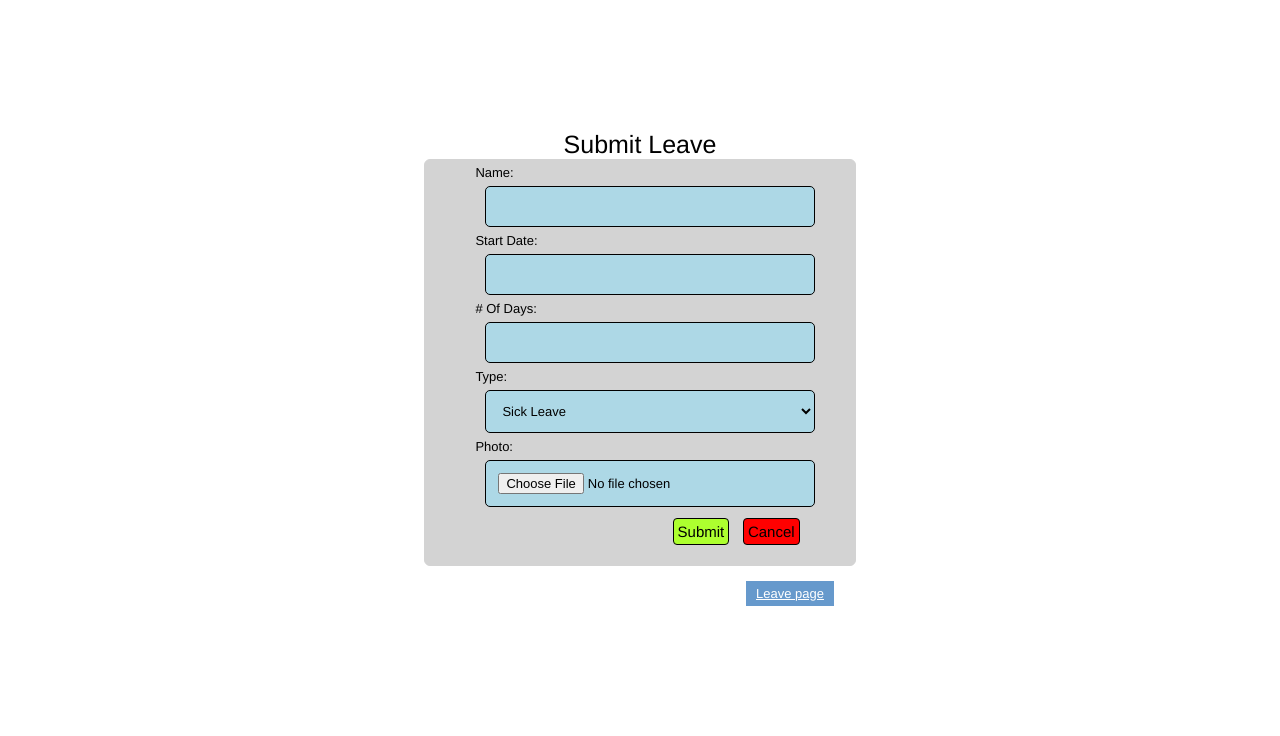
Repository: Murad71/BasicCRUD
Page: index.html
The author's editor kept a copy of each file at every save. The page is drawn from the files as they stood at one save, then again after a run of saves.
The browser window is 1280 px wide. The pictures show the whole page.

Above is the page before, as saved 2023-04-18 21:42:59.

### index.html
<!DOCTYPE html>
<html lang="en">
  <head>
    <meta charset="UTF-8" />
    <meta http-equiv="X-UA-Compatible" content="IE=edge" />
    <meta name="viewport" content="width=device-width, initial-scale=1.0" />
    <link rel="stylesheet" href="index.css" />
    <title>Leave Request</title>
  </head>
  <body>
    <div class="flex1">
      <form id="form1">
        <header>Submit Leave</header>
        <div class="container">
          <label for="name">Name:</label>
          <input type="text" id="name" name="name" />
          <br />
          <label for="startdate">Start Date:</label>
          <input type="text" id="startdate" name="startdate" />
          <br />
          <label for="days"># Of Days:</label>
          <input type="text" id="days" name="days" />
          <br />
          <label for="leaves">Type:</label>
          <select id="leave" name="leaves" required>
            <option value="Sick leave">Sick Leave</option>
            <option value="Early leave">Early Leave</option>
            <option value="Vacation leave">Vacation Leave</option>
            <option value="Other">Other</option>
          </select>
          <br />
          <label for="photo">Photo:</label>
          <input type="file" id="photo" name="photo"/>
          <div class="button-container">
            <input type="submit" value="Submit" id="submitButton"/>
            <input type="reset" value="Cancel" class="cancel" />
          </div>
        </div>
      </form>
      <div class="anchorContainer">
        <a href="index1.html"> Leave page</a>
        <!--Added the hyperlink here-->
      </div>
    </div>
    <script src="script.js"></script>
  </body>
</html>

### index.css
* {
  box-sizing: border-box;
  font-family: "Franklin Gothic Medium", "Arial Narrow", Arial, sans-serif;
  font-size: small;
}

.flex1
{
  align-items: center;
  display: flex;
  justify-content: center;
  height: 100vh;
  flex-direction: column;
}

.container {
  background-color: lightgray;
  padding: 5px 50px 15px 50px;
  border: 1px solid lightgray;
  border-radius: 6px;
  flex-direction: column;
  margin-bottom: 15px;
  width: 100%;
}

header {
  font-size: 25px;
  text-align: center;
}

input[type="text"],
input[type="file"],
select,
textarea {
  width: 100%;
  padding: 12px;
  margin: 6px;
  border: 1px solid;
  border-radius: 5px;
  margin-left: 10px;
  background-color: lightblue;
}

.button-container {
  text-align: right;
}

input[type="submit"],
input[type="reset"] {
  font-size: 15px;
  border: 1px solid;
  margin: 5px;
  padding: 4px;
  background-color: greenyellow;
  border-radius: 4px;
}

input[type="reset"].cancel {
  background-color: red;
}

.anchorContainer {
  margin-left: 300px;
}

a {
  display: inline-block;
  background: #69c;
  color: #fff;
  padding: 5px 10px;
}

### script.js
let storage=JSON.parse(localStorage.getItem('store')) || [];
let index=JSON.parse(localStorage.getItem('rIndex')) || null;
const submitButtonCatch=document.getElementById("submitButton");
const img= new Image();

//after clicking the submit button
submitButtonCatch.addEventListener("click",() =>{
    const form=document.getElementById("form1");
    let object={};
    let flag=true;

    object["id"]= Date.now();
    for(let i=0;i<form.length;i++)
    {
        if(form.elements[i].name=="photo")
        {
            object[form.elements[i].name]= img.src;
        }
        else
        {
            object[form.elements[i].name]=form.elements[i].value;
        }
        if(form.elements[i].value=='')
        {
            flag=false;
            alert("WARNING: Fill all the given Input correctly.");
            break;
        }
        if(form.elements[i].name=="days" && (form.elements[i].value>7 || form.elements[i].value<1))
        {
            flag=false;
            alert("WARNING: Enter a valid number for vacation");
            break;
        }
    }

    if(flag)
    {
        alert("Your data has been submitted Successfully!!");
        if(index!=null)
        {
            storage[index]=object;
            index=null;
        }
        else storage.push(object);


        localStorage.setItem('store',JSON.stringify(storage));
        localStorage.setItem('rIndex',JSON.stringify(index));
        form.reset();
    }
});


//base64 conversion
const fileEl= document.getElementById('photo');
fileEl.addEventListener('change', () =>{

    const fr= new FileReader();
    fr.readAsDataURL(fileEl.files[0]);

    fr.addEventListener('load', ()=>{

        const url= fr.result;
        img.src= url;

    });

});


console.log(storage);



// let submitButtonClicked=document.getElementById("submitButton");
// let indx=0;
// let flag= true;
// let obj={};

// submitButtonClicked.addEventListener('click',() =>{

//     const form= document.getElementById('form1');
//     obj["id"]= indx;
//     indx++;
//     for(let i=0; i<form.length; i++)
//     {
//         obj[form.elements[i].name]=form.elements[i].value;
//         if(form.elements[i].value=='')
//         {
//             flag=false;
//             alert("WARNING: Fill all the given Input correctly.");
//             break;
//         }
//         if(form.elements[i].name=="days" && (form.elements[i].value>7 || form.elements[i].value<1))
//         {
//             flag=false;
//             alert("WARNING: Enter a valid number for vacation");
//             break;
//         }
//     }

//     if(flag)
//     {
//         alert("Data entered successfully!");
//         insertData();
//     }

// });


// function intertData()
// {
//     const table = document.getElementsByClassName("tbody1")[0];
//           var row=document.createElement('tr');
//            row.innerHTML = `<td>${obj.name}</td>
//                 <td>${obj.startdate}</td>
//                 <td>${obj.days}</td>
//                 <td>${obj.leaves}</td>
//                 <td><img id="img" src=${obj.photo} alt=""></td>
//                 <td><a href="index.html" id="edit">Edit</a> <input type='button' value= 'Reject' name=${obj.id} id="reject"/></td>`;
//             table.appendChild(row);
// }

After the next 2 saves:
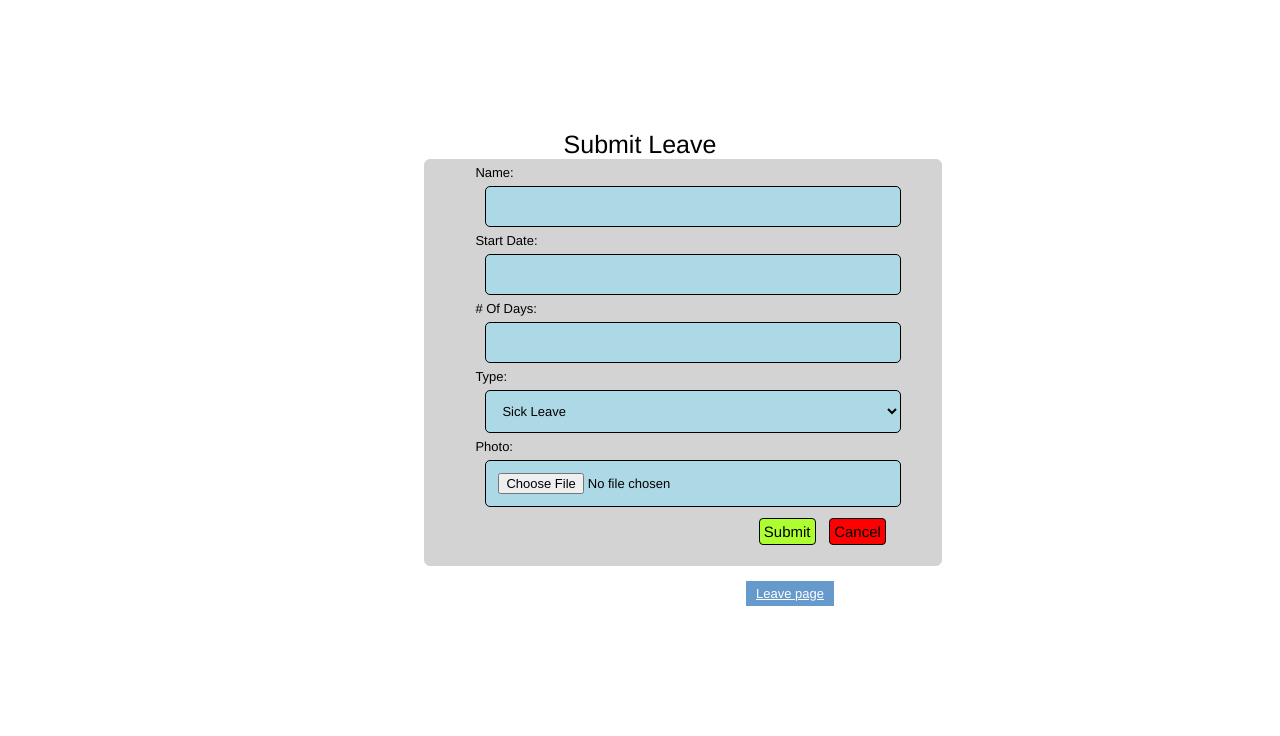
The 2 saves are shown as one change because they came seconds apart.
The last was saved 26 s later.
--- a/index.css
+++ b/index.css
@@ -20,7 +20,7 @@
   border-radius: 6px;
   flex-direction: column;
   margin-bottom: 15px;
-  width: 100%;
+  width: 120%;
 }
 
 header {
